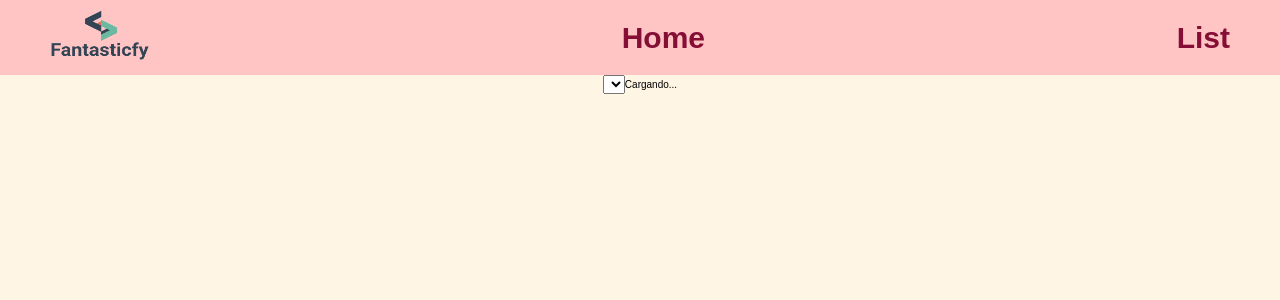
Repository: ChristianGecchelin/fullstack-react-node-fantasticfy
Page: /user-list (app in front/)
The author's editor kept a copy of each file at every save. The page is drawn from the files as they stood at one save, then again after a run of saves.
The browser window is 1280 px wide. The pictures show the whole page.
The page's requests for data from a server got no answer. The project was rebuilt for these pictures with package versions that can differ from the ones it lists, and the page was loaded fresh each time. No one was signed in, and anything a server would have sent is missing. Also part of the build but not shown: front/src/Components/UserCard/index.css, front/src/Components/UserCard/index.jsx, front/src/Pages/UserProfile.jsx, front/src/App.css.

Above is the page before, as saved 2022-09-05 15:30:39.

After the next 3 saves:
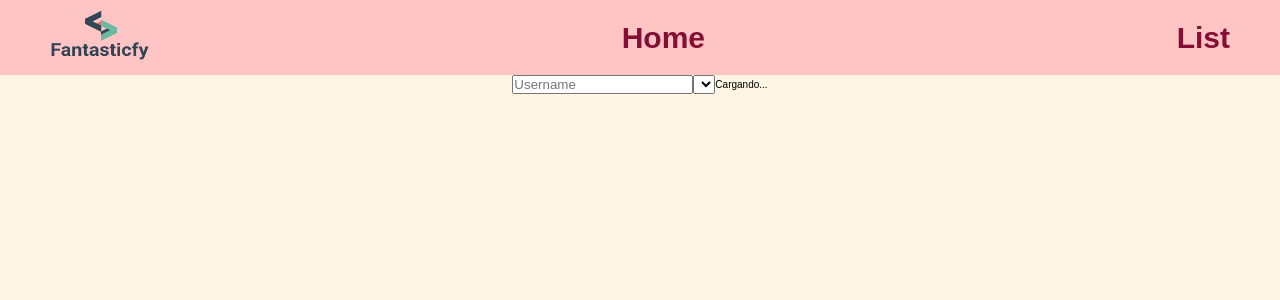
The 3 saves are shown as one change because 2 did not build or start.
The last was saved 86 s later.
--- a/front/src/Pages/UserList.jsx
+++ b/front/src/Pages/UserList.jsx
@@ -34,6 +34,10 @@ export const UserList = () => {
     setList(filter);
   };
 
+  const handleChangeInput = (e) => {
+    setInput(e.target.value);
+  };
+
   const handleChangeSelect = (e) => {
     setSelectValue(e.target.value);
   };
@@ -53,11 +57,12 @@ export const UserList = () => {
   return (
     <section className="card-list">
       <div>
-        {/* <input
+        <input
           type="text"
-          value={this.state.value}
-          onChange={this.handleChange}
-  />*/}
+          value={input}
+          onChange={handleChangeInput}
+          placeholder="Username"
+        />
         <select value={selectValue} onChange={handleChangeSelect}>
           {genderArray.map((gender) => {
             return (
